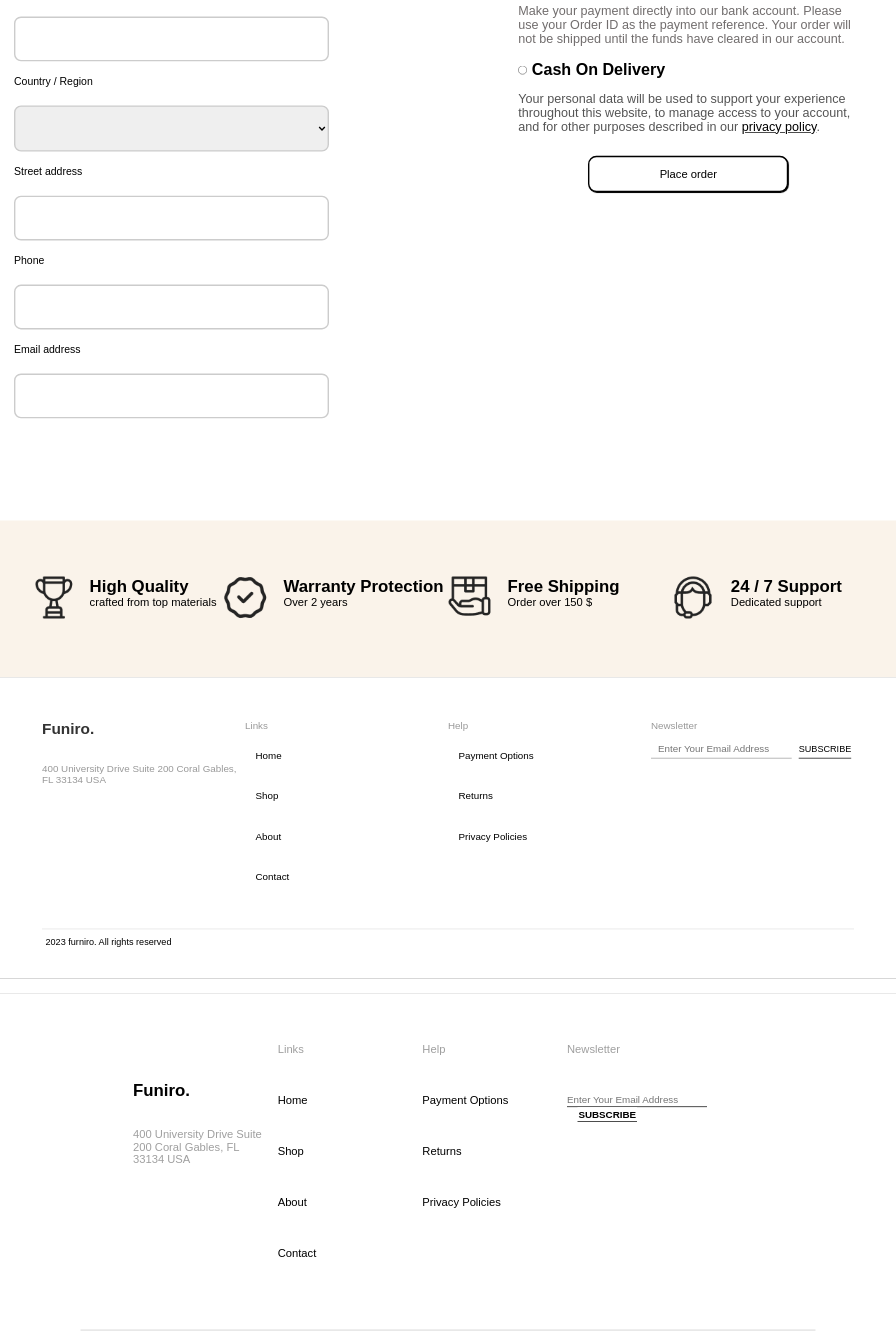
Repository: Ali1Kh/Furniro-ITI
Page: pages/checkout.html
An editor plug-in stored every save of this project. The page is shown before and after the next save, followed by the edit.
The browser window is 1280 px wide. The pictures show the part of the page from y = 792 to 2712 px (the page is 2712 px tall before and 2302 px after), at 70% of full size.

Above is the page before, as saved 2025-07-19 21:09:15.

### pages/checkout.html
<!DOCTYPE html>
<html lang="en">

<head>
  <meta charset="UTF-8">
  <meta name="viewport" content="width=device-width, initial-scale=1.0">
  <title>CheckOut</title>
  <link rel="shortcut icon" href="../assets/icons/Logo.png" type="image/x-icon">
  <link rel="stylesheet" href="../styles/index.css">
  <link rel="stylesheet" href="../styles/checkout.css">
</head>

<body>

  <nav>
    <!-- Navigation -->
    <div class="navBar">
      <div class="text">
        <p>Furniro</p>
      </div>

      <div class="menu-icon" onclick="toggleSidebar()">☰</div>

      <div class="navBarLinks">
        <ul>
          <li><a href="/pages/home.html">Home</a></li>
          <li><a href="/pages/shop.html">Shop</a></li>
          <li><a href="/">About</a></li>
          <li><a href="/pages/contact.html">Contact</a></li>
        </ul>
      </div>

     <div class="navBarIcons">
        <a href="/pages/Compare.html"><i class="fa-solid fa-user"></i></a>
        <a href="/pages/shop.html"><i class="fa-solid fa-magnifying-glass"></i></a>
        <a href="/"><i class="fa-solid fa-heart"></i></a>
        <a href="/pages/checkout.html"><i class="fa-solid fa-cart-plus"></i></a>
      </div>
    </div>


    <!-- Sidebar for mobile -->
    <div class="sidebar" id="sidebar">
      <a href="" onclick="toggleSidebar()">✖</a>
      <a href="">Home</a>
      <a href="/pages/shop.html">Shop</a>
      <a href="/">About</a>
      <a href="/pages/contact.html">Contact</a>
    </div>
  </nav>

  <main class="checkout">
    <div id="home">
      <div class="img-conteaner">
        <img src="../assets/img/Rectangle 1.png" alt="">

        <div class="text-conteaner">
          <img src="../assets/icons/Logo.png" alt="" style="width: 100px;height: 77px;margin-top: -80px; left: 1px; ">
          <h2 style="font-size: 48px; font-family: Poppins; top: 20px;">Checkout</h2>
          <h3 style="top: 30px;left: -11px; "><span style="width: 48;height: 24;top: 295px;left: 660px; ">Home ></span>
            Checkout</h3>
        </div>
      </div>
    </div>

    <div id="content">
      <div class="form">
        <h1 style="font-family: Poppins;font-weight: 600;font-style: SemiBold;font-size: 36px;">Billing details</h1>
        <br><br>
        <form>
          <div class="input" style="width: 200px;">
            <label>First name</label><br>
            <input type="text" name="firatname" id="firatname">
          </div>

          <div class="input" style="width: 200px; position: relative;bottom: 127px;left: 266px;">
            <label>Last name</label><br>
            <input type="text" name="lastname" id="lastname">
          </div>

          <div class="input" style="position: relative; bottom: 90px; width: 450px;">
            <label>Company Name (Optional)</label><br>
            <input type="text" name="Companyname(Optional)" id="Companyname(Optional)">
          </div>

          <div class="input" style="position: relative; bottom: 90px; width: 450px;">
            <label>Country / Region</label><br>
            <select>
              <option></option>
              <option>UK</option>
              <option>Argantina</option>
              <option>Brasil</option>
              <option>Egypt</option>
              <option>USA</option>
            </select>
          </div>

          <div class="input" style="position: relative; bottom: 90px; width: 450px;">
            <label>Street address</label><br>
            <input type="text" name="Streetaddress" id="Streetaddress">
          </div>

          <div class="input" style="position: relative; bottom: 90px; width: 450px;">
            <label>Phone</label><br>
            <input type="number" name="Phone" id="Phone">
          </div>

          <div class="input" style="position: relative; bottom: 90px; width: 450px;">
            <label>Email address</label><br>
            <input type="email" name="Emailaddress" id="Emailaddress">
          </div><br><br>

        </form>
      </div>
      <div class="table">
        <div class="order-summary">
          <h2>Product</h2>
          <table>
            <tr>
              <td>Asgaard sofa × 1</td>
              <td style="text-align: right;">Rs. 250,000.00</td>
            </tr>
            <tr>
              <td>Subtotal</td>
              <td style="text-align: right;">Rs. 250,000.00</td>
            </tr>
            <tr>
              <td>Total</td>
              <td style="text-align: right;" class="total">Rs. 250,000.00</td>
            </tr>
          </table><br><br>

          <div class="payment-methods">
            <label><input type="radio" name="payment" checked> Direct Bank Transfer</label>
            <p>
              Make your payment directly into our bank account. Please use your Order ID as the payment reference. Your
              order will not be shipped until the funds have cleared in our account.
            </p>

            <label><input type="radio" name="payment"> Cash On Delivery</label>
          </div>

          <div class="privacy">
            Your personal data will be used to support your experience throughout this website, to manage access to your
            account, and for other purposes described in our <a href="#">privacy policy</a>.
          </div>

          <button class="btn">Place order</button>
        </div>
      </div>
    </div>

    <div id="quality">
      <div class="1"
        style="display: flex; gap: 1.5rem; padding-top: 80px; padding-bottom: 80px;width: 25%;padding-left: 50px;">
        <div class="l"><img src="../assets/icons/Group copy.png" alt=""></div>
        <div class="r">
          <h2>High Quality</h2>
          <p>crafted from top materials</p>
        </div>

      </div>
      <div class="2" style="display: flex; gap: 1.5rem; padding-top: 80px; padding-bottom: 80px;width: 25%;">
        <div class="l"><img src="../assets/icons/Group (2).png" alt=""></div>
        <div class="r">
          <h2>Warranty Protection</h2>
          <p>Over 2 years</p>
        </div>

      </div>
      <div class="3" style="display: flex; gap: 1.5rem; padding-top: 80px; padding-bottom: 80px;width: 25%;">
        <div class="l"><img src="../assets/icons/Vector (2).png" alt=""></div>
        <div class="r">
          <h2>Free Shipping</h2>
          <p>Order over 150 $</p>
        </div>

      </div>
      <div class="4" style="display: flex; gap: 1.5rem; padding-top: 80px; padding-bottom: 80px;width: 25%;">
        <div class="l"><img src="../assets/icons/customer-support.png" alt=""></div>
        <div class="r">
          <h2>24 / 7 Support</h2>
          <p>Dedicated support</p>
        </div>

      </div>

    </div>
  </main>

  <footer class="footer">
    <div class="footer-container">
      <div class="footer-sec">
        <h2 class="logo">Funiro.</h2>
        <p style="padding-top: 20px;">400 University Drive Suite 200 Coral Gables,<br>FL 33134 USA</p>
      </div>

      <div class="footer-sec">
        <h4>Links</h4>
        <ul>
          <li><a href="#">Home</a></li>
          <li><a href="#">Shop</a></li>
          <li><a href="#">About</a></li>
          <li><a href="#">Contact</a></li>
        </ul>
      </div>

      <div class="footer-sec">
        <h4>Help</h4>
        <ul>
          <li><a href="#">Payment Options</a></li>
          <li><a href="#">Returns</a></li>
          <li><a href="#">Privacy Policies</a></li>
        </ul>
      </div>

      <div class="footer-sec new">
        <h4>Newsletter</h4>
        <div class="subscribe">
          <input type="email" placeholder="Enter Your Email Address">
          <button>SUBSCRIBE</button>
        </div>
      </div>
    </div>

    <div class="footer-bottom">
      <p>2023 furniro. All rights reserved</p>
    </div>
  </footer>


  <div class="the_end with-line">
      <div class="footer">
        <div class="footerBox">
          <div class="infoterbox">
            <div class="infoterboxL">
              <div class="prgraphF">
                <p class="mainFooterBar">Funiro.</p>
                <p class="scoundFooterBar">400 University Drive Suite 200 Coral Gables,
                  FL 33134 USA</p>
              </div>
            </div>
            <div class="infoterboxLM">
              <div class="prgraphFF">
                <p>Links</p>
                <a href="#">Home</a>
                <a href="#">Shop</a>
                <a href="#">About</a>
                <a href="#">Contact</a>
              </div>
            </div>
            <div class="infoterboxRM" <div class="prgraphFF">
              <p>Help</p>
              <a href="#">Payment Options</a>
              <a href="#">Returns</a>
              <a href="#">Privacy Policies</a>
            </div>

            <div class="infoterboxR">
              <div class="prgraphFF">
                <p>Newsletter</p>
                <div class="SUBSCRIBE">
                  <input type="text" placeholder="Enter Your Email Address">
                  <button type="button">SUBSCRIBE</button>
                </div>
              </div>
            </div>
          </div>
        </div>
      </div>
    </div>

  <script src="../scripts/index.js"></script>

</body>

</html>

### styles/index.css
:root {
  --mainColor: #feeed8;
}

* {
  margin: 0;
  padding: 0;
  box-sizing: border-box;
}

body {
  font-family: "Poppins", sans-serif;
}

.navBar img {
  display: inline;
}

.navBar {
  width: 100%;
  height: 80px;
  display: flex;
  justify-content: space-between;
  align-items: center;
  padding: 0 50px;
  background-color: #fff;
  z-index: 1000;
  position: sticky;
  top: 0;
}

.navBarLinks ul {
  list-style: none;
  display: flex;
  gap: 60px;
}

.navBarLinks a {
  text-decoration: none;
  font-size: 18px;
  color: black;
}

.navBarIcons {
  display: flex;
  gap: 30px;
}

.text p {
  font-weight: bold;
  font-size: 22px;
  color: #b88e2f;
}

/* Sidebar for mobile */
.sidebar {
  height: 100%;
  width: 0;
  position: fixed;
  background-color: #8d8d8d;
  overflow-x: hidden;
  transition: 0.3s;
  padding-top: 60px;
  z-index: 999;
}
.sidebar a {
  padding: 12px 20px;
  text-decoration: none;
  font-size: 20px;
  color: white;
  display: block;
}
.sidebar a:hover {
  background-color: #444;
}

.menu-icon {
  font-size: 28px;
  cursor: pointer;
  display: none;
  padding: 15px;
}

/* Quality */

#quality {
  display: flex;
  background-color: rgba(250, 243, 234, 1);
  width: 100%;
}

/* Page Header */

#pageHeader .imge {
  position: relative;
  width: 100%;
  height: auto;
}

#pageHeader .imge img {
  width: 100%;
  height: auto;
  display: block;
}

#pageHeader .adresIn {
  position: absolute;
  top: 50%;
  left: 50%;
  transform: translate(-50%, -50%);
  color: black;
  text-align: center;
}

#pageHeader .mainP1 {
  font-size: 48px;
}
#pageHeader .scoundP1 {
  font-size: 16px;
}

.footerBox {
  height: 400px;
  width: 100%;
}
.with-line::before,
.with-line::after {
  content: "";
  display: block;
  height: 1px;
  background-color: #c6c6c6;
  margin: 20px auto;
  width: 100%;
}

.with-line::after {
  width: 82%;
}

.infoterbox {
  margin-left: 100px;
  margin-right: 100px;
  display: grid;
  grid-template-columns: 1fr 1fr 1fr 1.5fr;
  gap: 20px;
  padding: 30px;
  color: white;

  height: 100%;
}

.mainFooterBar {
  font-weight: bold;
  font-size: 24px;
  color: #000;
}
.scoundFooterBar {
  font-size: 16px;
  font-weight: 300;
  color: #9f9f9f;
  position: relative;
  top: 40px;
}

.prgraphF {
  position: relative;
  top: 54px;
}

.infoterboxLM a,
.infoterboxRM a {
  display: block;
  margin-top: 55px;
  text-decoration: none;
  color: #000;
  width: 70%;
}

.infoterboxLM p,
.infoterboxRM p,
.prgraphFF p {
  font-size: 16px;
  font-weight: 300;
  color: #9f9f9f;
}

.SUBSCRIBE {
  position: relative;
  top: 53px;
}

.SUBSCRIBE button {
  font-size: 14px;
  font-weight: bold;
  width: 85px;
  height: 21px;
  border: none;
  border-bottom: 1px solid black;
  margin-left: 15px;
  background-color: white;

  cursor: pointer;
}

.SUBSCRIBE input {
  font-size: 14px;
  width: 200px;
  height: 21px;
  color: #9f9f9f;
  border: none;
  border-bottom: 1px solid black;
}

.SUBSCRIBE input:focus {
  outline: none;
}

@media (max-width: 768px) {
  .navBarLinks {
    display: none;
  }
  .menu-icon {
    display: block;
  }
  .navBarIcons {
    display: none;
  }
}

@media (max-width: 767px) {
  .navBarIcons {
    display: none;
  }
}

### styles/checkout.css
* {
  margin: 0;
  padding: 0;
}
.checkout ul {
  list-style: none;
}

.checkout a {
  text-decoration: none;
}

/* start header */

#header {
  background-color: rgb(250, 245, 240);
  border: 1px solid #ccc;
  width: 100%;
  height: 90px;
}
#header .navbar {
  display: flex;
  justify-content: space-between;
  align-items: center;
}
#header .navbar .logo {
  display: flex;
  width: 185;
  height: 41;
  opacity: 1;
  top: 29px;
  left: 54px;
  gap: 5px;
}
#header .navbar img {
  width: 185;
  height: 41px;
  top: 29px;
  left: 54px;
  gap: 5px;
}

/* #header .navbar .imgs{
    width: 300px;
    display: flex;
    position: relative;
    bottom: 10px;
} */

#header .navbar ul {
  display: flex;
}
#header .navbar ul li a {
  position: relative;
  color: black;
  font-size: 25px;
  margin: 0 20px;
  font-weight: bold;
  transition: 0.3s ease;
  bottom: 15px;
}
#header .navbar ul li a:hover {
  color: bisque;
}

/* finish header */

.img-conteaner {
  position: relative;
  width: 100%;
}

.img-conteaner img {
  width: 100%;
  height: 316px;
  top: 100px;
}

.text-conteaner {
  position: absolute;
  top: 50%;
  left: 50%;
  transform: translate(-50%, -50%);
}
.text-conteaner h3 {
  position: relative;
  bottom: 90px;
  left: 40px;
}
.text-conteaner h2 {
  position: relative;
  bottom: 90px;
  left: -50px;
}

#content {
  display: flex;
  justify-content: space-between;
  gap: 8rem;
  max-width: 1240px;
  margin: auto;
  padding-top: 100px;
}

.form {
  width: 50%;
}

.form h1 {
  font-size: 36px;
  font-weight: 600;
  margin-bottom: 30px;
}

form label {
  font-weight: 500;
  margin-bottom: 8px;
  display: block;
  font-size: 15px;
}

form input,
form select {
  width: 100%;
  padding: 22px;
  border: 2px solid #ccc;
  border-radius: 10px;
  font-size: 14px;
}

.input {
  margin-bottom: 20px;
}

.table {
  width: 48%;
}

.order-summary {
  padding: 25px;
}

.order-summary h2 {
  font-size: 26px;
  margin-bottom: 20px;
}

.order-summary table {
  width: 100%;
  margin-bottom: 20px;
}

.order-summary table td {
  padding: 8px 0;
  font-size: 18px;
}

.order-summary .total {
  font-weight: bold;
  color: #d89c00;
  font-size: 26px;
}

.payment-methods label {
  display: block;
  margin-bottom: 10px;
  font-weight: bold;
  font-size: 23px;
}

.payment-methods p {
  font-size: 18px;
  color: #716d6d;
  margin: 10px 0 20px;
  line-height: 1.1;
}

.privacy {
  font-size: 18px;
  color: #555;
  margin: 20px 0;
  line-height: 1.1;
}

.privacy a {
  text-decoration: underline;
  color: black;
}

.btn {
  padding: 15px 100px;
  background: #fff;
  border: 2px solid black;
  border-radius: 12px;
  font-size: 16px;
  transition: 0.3s ease;
  margin-left: 100px;
  margin-top: 10px;
  box-shadow: 1px 1px 1px black;
}

.btn:hover {
  background-color: #babd8e;
}

.footer {
  background-color: #fff;
  padding: 40px 60px 20px;
  border-top: 1px solid #e0e0e0;
  color: #333;
}

.footer-container {
  display: flex;
}

.footer-sec {
  flex: 1 1 200px;
  margin: 20px 0;
}

.footer-sec h2.logo {
  font-size: 22px;
  font-weight: 700;
  margin-bottom: 15px;
}

.footer-sec h4 {
  font-size: 14px;
  font-weight: 500;
  color: #999;
  margin-bottom: 10px;
}

.footer-sec ul {
  list-style: none;
  padding: 0;
  margin: 0;
}

.footer-sec ul li {
  margin-bottom: 10px;
  padding: 15px;
}

.footer-sec ul li a {
  text-decoration: none;
  color: #000;
  font-size: 14px;
}

.footer-sec p {
  color: #999;
  font-size: 14px;
}

.new .subscribe {
  display: flex;
  gap: 10px;
  margin-top: 10px;
}

.new input {
  padding: 6px 10px;
  font-size: 14px;
  border: none;
  border-bottom: 1px solid #999;
  outline: none;
}

.new button {
  background: none;
  border: none;
  border-bottom: 1px solid #000;
  color: #000;
  font-size: 13px;
  font-weight: 500;
}

.footer-bottom {
  border-top: 1px solid #e0e0e0;
  padding: 5px;
  margin-top: 20px;
  padding-top: 10px;
  text-align: left;
  font-size: 13px;
  color: #000;
}
@media (max-width: 767px){

}

### scripts/index.js
function toggleSidebar() {
  const sidebar = document.getElementById("sidebar");
  if (sidebar.style.width === "250px") {
    sidebar.style.width = "0";
  } else {
    sidebar.style.width = "250px";
  }
}

function toggleSidebar() {
  const sidebar = document.getElementById("sidebar");
  if (sidebar.style.display === "flex") {
    sidebar.style.display = "none";
  } else {
    sidebar.style.display = "flex";
  }
}

After the next save:
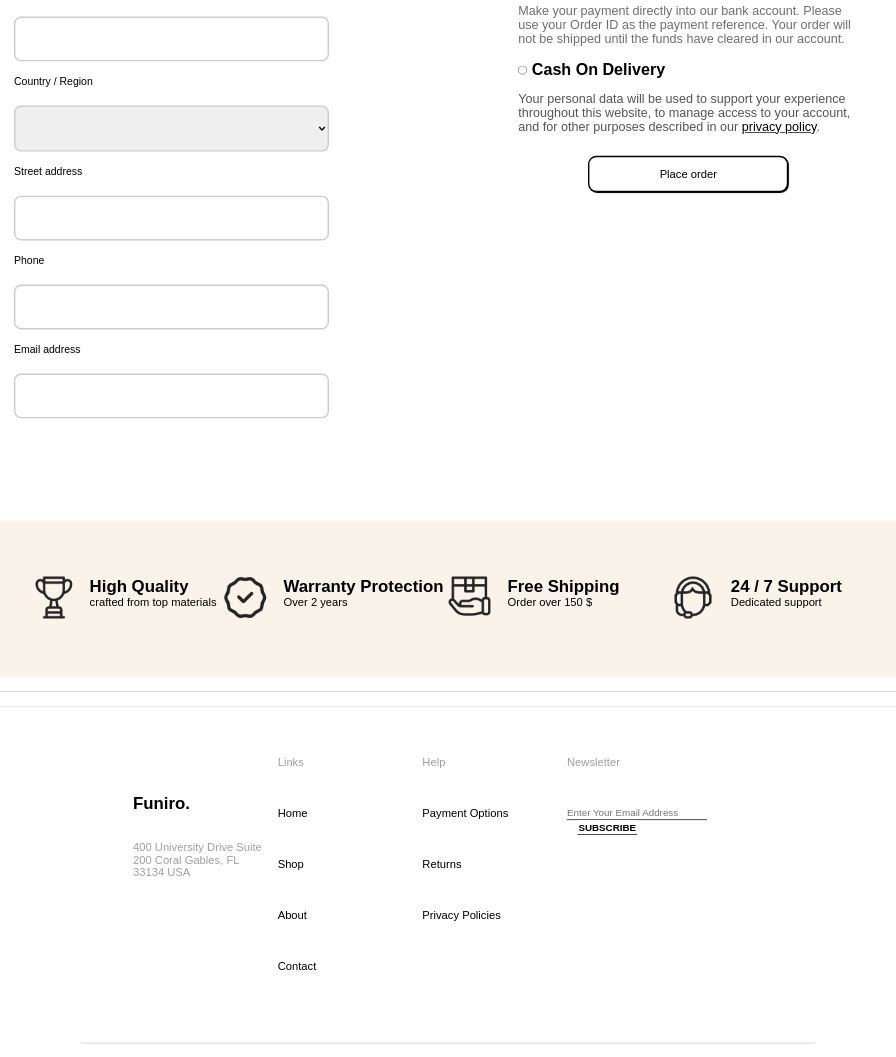
Saved 8 s later.
--- a/pages/checkout.html
+++ b/pages/checkout.html
@@ -188,7 +188,7 @@
     </div>
   </main>
 
-  <footer class="footer">
+  <!-- <footer class="footer">
     <div class="footer-container">
       <div class="footer-sec">
         <h2 class="logo">Funiro.</h2>
@@ -226,7 +226,7 @@
     <div class="footer-bottom">
       <p>2023 furniro. All rights reserved</p>
     </div>
-  </footer>
+  </footer> -->
 
 
   <div class="the_end with-line">
